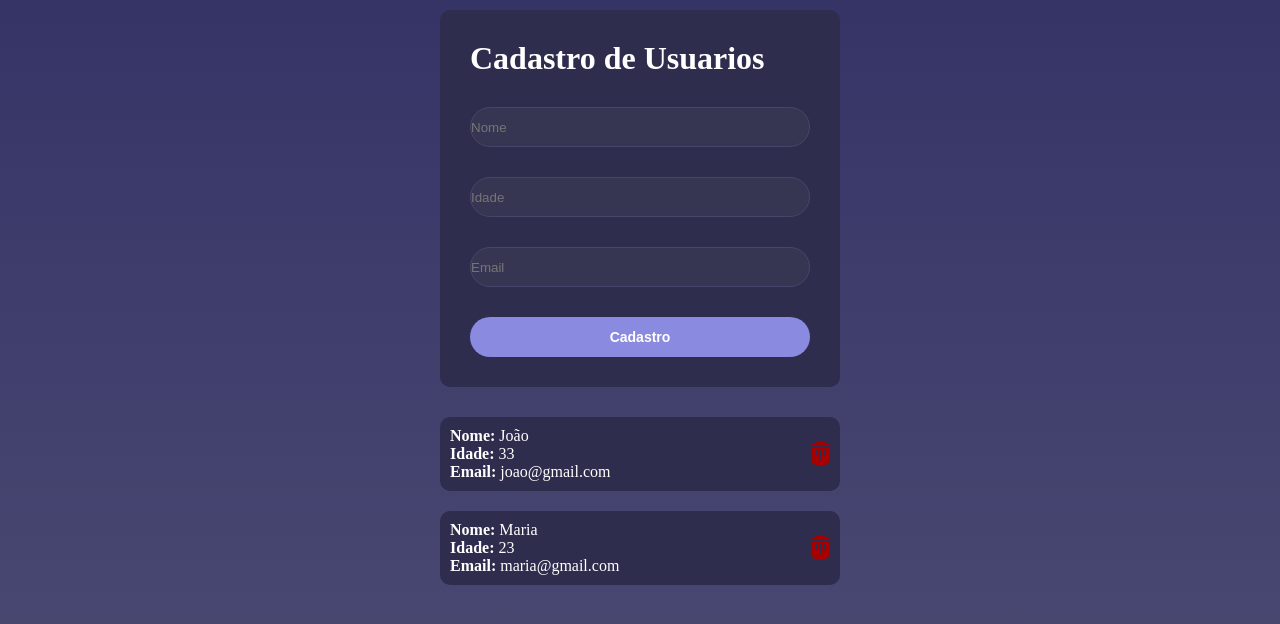
Repository: Rubenslourenco/api-react-node
Page: / (app in devclub-cadastro/)
An editor plug-in stored every save of this project. The page is shown before and after the next save, followed by the edit.
The browser window is 1280 px wide. The pictures show the whole page.
The project was rebuilt for these pictures with package versions that can differ from the ones it lists, and the page was loaded fresh each time. Also part of the build but not shown: devclub-cadastro/vite.config.js.

Above is the page before, as saved 2025-01-27 10:59:23.

After the next save:
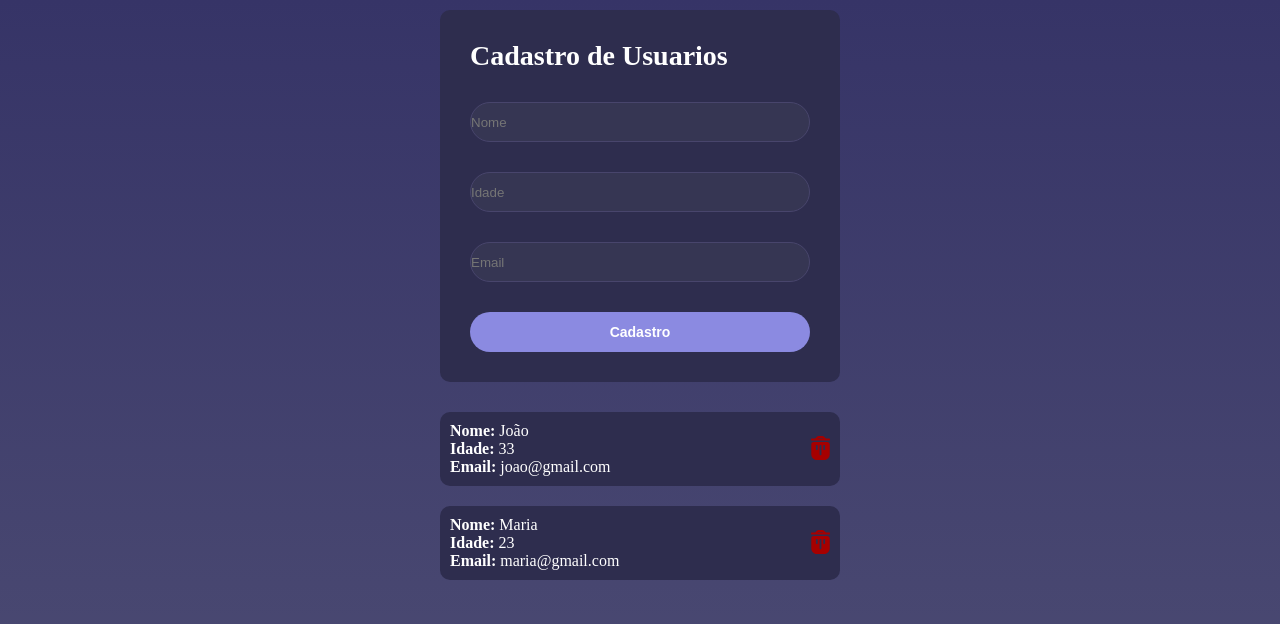
Saved 3 min 4 s later.
--- a/devclub-cadastro/src/pages/Home/style.css
+++ b/devclub-cadastro/src/pages/Home/style.css
@@ -7,7 +7,7 @@
 
 h1 {
   color: #fff;
-  font-size: 32px;
+  font-size: 28px;
 }
 
 form {
